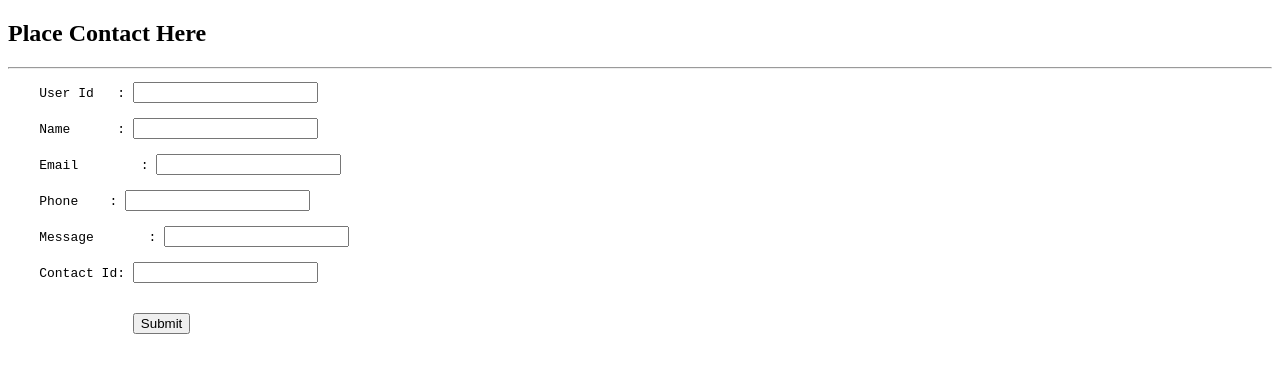
Repository: ShreyasG27/Amdocs-Training
Page: http://localhost/e-learning-frontend/contact.jsp
The author's editor kept a copy of each file at every save. The page is drawn from the files as they stood at one save, then again after the next save.
The browser window is 1280 px wide. The pictures show the whole page.
The page is served by Tomcat 9.

Above is the page before, as saved 2021-08-20 09:59:13.

After the next save:
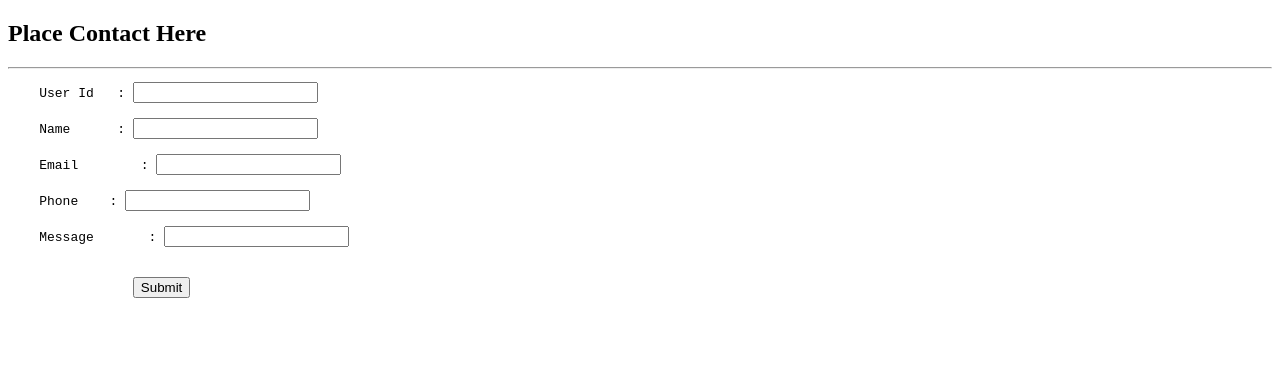
Saved 61 s later.
--- a/e-learning-frontend/src/main/webapp/contact.jsp
+++ b/e-learning-frontend/src/main/webapp/contact.jsp
@@ -16,7 +16,6 @@
     Email	 : <input type="email" name="email"><br>
     Phone    : <input type="number" name="phone"><br>
     Message	  : <input type="text" name="message"><br>
-    Contact Id: <input type="number" name="contactid"><br>
 
                 <input type="submit" value="Submit"><br>
     </pre>
